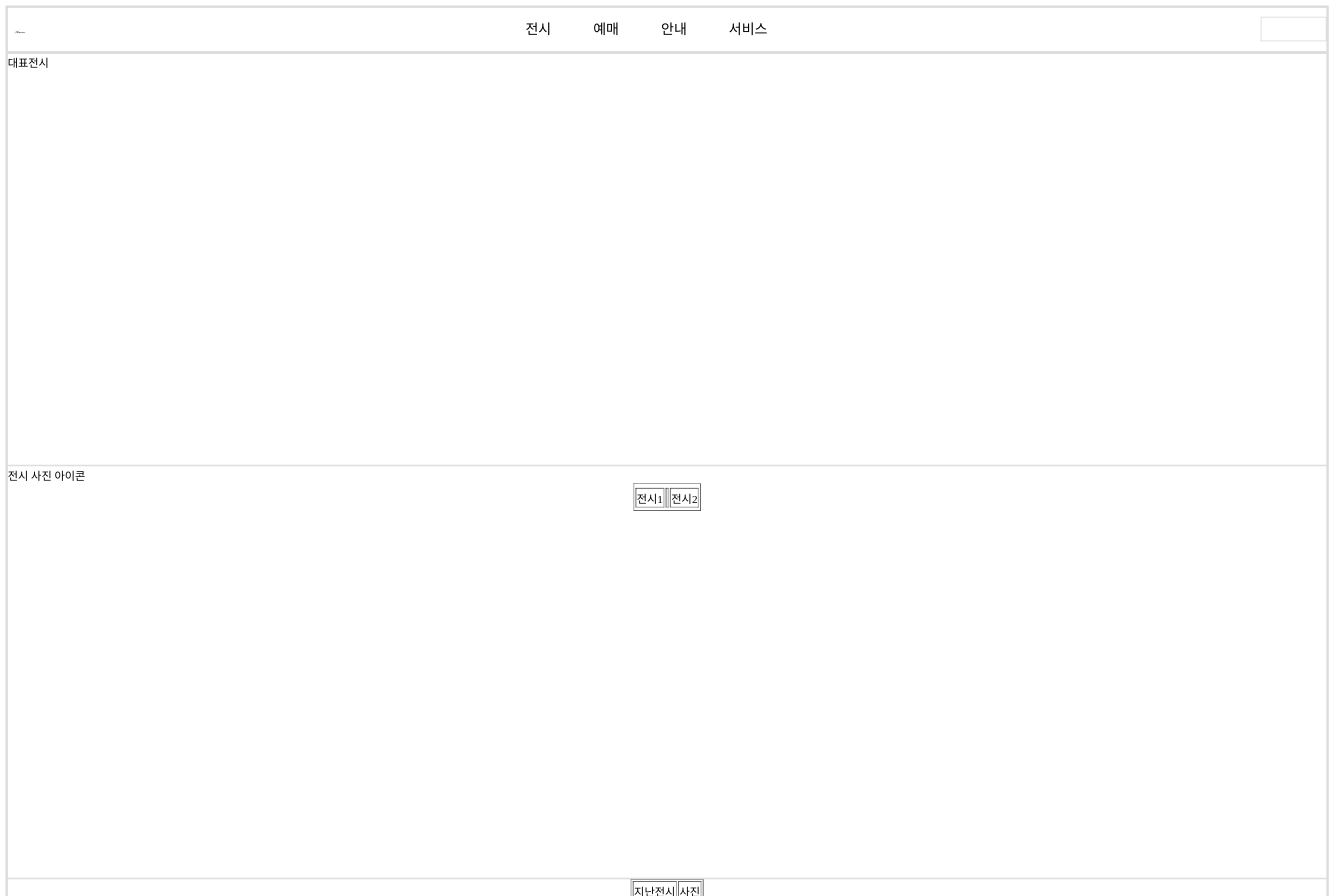
Repository: pshysd/SEMI_PROJECT
Page: http://localhost/JVArtCenter/
An editor plug-in stored every save of this project. The page is shown before and after the next save, followed by the edit.
The browser window is 1280 px wide. The page is 1898 px wide, so the pictures cover 1898 px, including what lies to the right of the window. The pictures show the part of the page from y = 0 to 1280 px (the page is 3296 px tall), at 70% of full size.
The page is served by Tomcat 9. Nobody is signed in. The application's start-up code is not run. Other server files are loaded and not shown.

Above is the page before, as saved 2022-10-21 10:57:17.

### JVArtCenter/WebContent/index.jsp
<%@ page language="java" contentType="text/html; charset=UTF-8"
    pageEncoding="UTF-8"%>
<%
	String contextPath = request.getContextPath();
%>
<!DOCTYPE html>
<html>
<head>
<meta charset="UTF-8">
<title>JV Art Center</title>
<style>
      .wrap {
        width: 1890px;
        height: 3280px;
      }

      div {
        border: 1px solid lightgray;
        box-sizing: border-box;
      }

      #header {
        height: 2%;
      }

      #body {
        margin: 0;
        font-family: "Nanum Gothic Coding", monospace;
      }

      a {
        text-decoration: none;
        color: black;
      }

      #search,
      #user,
      #calender {
        padding: 10px 12px;
      }

      #navbar {
        display: flex;
        justify-content: space-between;
        align-items: center;
        box-sizing: border-box;
        height: 100%;
      }

      #navbar_menu a {
        display: block;
        line-height: 35px;
      }

      #navbar_icons {
        font-size: 20px;
        display: flex;
        padding: 5px 10px;
      }

      #navbar_menu {
        display: flex;
        list-style: none;
        padding-left: 0;
        font-size: large;
        position: relative;
      }

      #navbar_menu > li {
        padding: 5px 30px;
        font-size: 20px;
        position: static;
      }

      #navbar_logo {
        list-style: none;
        display: flex;
        padding: 5px 10px;

        font-size: 20px;
      }

      /* 서브메뉴를 담당하는 ul 태그에 대한 스타일 */
      #navbar_menu > li > ul {
        list-style-type: none;
        padding: 0px;
        display: none; /* 평소에는 안보여주다가 마우스가 올라가는 순간 보여지게끔 */
        position: absolute;
      }

      /* 메인메뉴에 마우스가 올라가는 순간 서브메뉴가 펼쳐져서 보이게끔 */
      #navbar_menu > li > a:hover + ul {
        display: block; /* 메인메뉴에만 마우스가 올라갔을때만 유지됨 */
        background-color: beige;
      }

      /* 서브메뉴에도 마우스가 올라갈 때 펼쳐진게 유지될 수 있게끔 */
      #navbar_menu > li > ul:hover {
        display: block;
        background-color: beige;
      }

      /* 서브메뉴 글씨만 좀 더 작게 보이게끔 */
      #navbar_menu > li > ul a {
        font-size: 15px;
      }

      #navbar_menu > li > ul a:hover {
        font-size: 18px;
      }

      #content {
        height: 90%;
      }

      #main-content1,
      #main-content2,
      #main-content3,
      #main-content4,
      #main-content5 {
        height: 20%;
      }

      #footer {
        height: 8%;
        background-color: black;
        color: white;
      }

      #footer > p {
        padding: 10px;
        box-sizing: border-box;
      }

      #footer_etc {
        padding: 10px;
      }

      #footer_etc a {
        text-decoration: none;
        color: white;
      }
    </style>
</head>
<body>
    <div class="wrap">
      <div id="header">
        <!--헤더영역-->

        <div id="navbar">
          <ul id="navbar_logo">
            <li>
              <a href=""><img src="resources/image/logo.png" width="15px"></a>
            </li>
          </ul>

          <ul id="navbar_menu">
            <li>
              <a href="">전시</a>
              <ul>
                <li><a href="">현재전시</a></li>
                <li><a href="">지난전시</a></li>
                <li><a href="">오픈예정</a></li>
              </ul>
            </li>
            <li>
              <a href="<%= contextPath %>/step1.rsv">예매</a>
              <ul>
                <li><a href="">전시예매</a></li>
              </ul>
            </li>
            <li>
              <a href="">안내</a>
              <ul>
                <li><a href="">JV소개</a></li>
                <li><a href="">전시관 안내</a></li>
              </ul>
            </li>
            <li>
              <a href="">서비스</a>
              <ul>
                <li><a href="">공지사항</a></li>
                <li><a href="">FAQ</a></li>
                <li><a href="">1:1문의</a></li>
                <li><a href="">뉴스레터</a></li>
              </ul>
            </li>
          </ul>
          <div id="navbar_icons">
            <a href=""
              ><i id="search" class="fa-solid fa-magnifying-glass"></i
            ></a>
            <a href=""
              ><i id="calender" class="fa-regular fa-calendar-days"></i
            ></a>
            <a href=""><i id="user" class="fa-regular fa-user"></i></a>
          </div>
        </div>
      </div>

      <div id="content">
        <div id="main-content1">대표전시</div>

        <div id="main-content2">
          <table border="1" style="margin: auto">
            <tr id="table2">
              전시
            </tr>
            <tr></tr>
            <tr id="table3">
              사진
              <td>전시1</td>
              <td></td>
              <td>전시2</td>
            </tr>
            <tr table="table4">
              아이콘
            </tr>
          </table>
        </div>

        <div id="main-content3">
          <table border="1" style="margin: auto">
            <tr>
              <td>지난전시</td>
              <td>사진</td>
            </tr>
            <tr>
              <td>오픈예정</td>
              <td>사진</td>
            </tr>
          </table>
        </div>
        <div id="main-content4">
          <table border="1" style="margin: auto">
            <tr>
              <td colspan="3">뉴스레터</td>
            </tr>
            <tr>
              <td>사진</td>
              <td>왼쪽사진1</td>
              <td>왼쪽사진2</td>
            </tr>
            <tr>
              <td>제목</td>
              <td rowspan="2">사진3</td>
              <td rowspan="2">사진4</td>
            </tr>
            <tr>
              <td>내용</td>
            </tr>
          </table>
        </div>

        <div id="main-content5">
          <table border="1" style="margin: auto">
            <tr>
              <td>공간</td>
              <td>공지사항</td>
              <td>더보기</td>
            </tr>
            <tr>
              <td rowspan="2">공간내용</td>
              <td colspan="2">공지사항1</td>
            </tr>
            <tr>
              <td colspan="2">공지사항2</td>
            </tr>
            <tr>
              <td>더보기</td>
              <td colspan="2">공지사항3</td>
            </tr>
          </table>
        </div>
      </div>

      <div id="footer">
        <!--푸터-->
        <div id="footer_etc">
          <a href="">개인정보처리방침</a> |
          <a href="">이용약관</a>
        </div>
        <p>
            JV 아트센터<br />
            서울특별시 영등포구 선유동2로 57 이레빌딩(구관) 19F, 20F<br /><br />

            Tel 1544-9970<br />

            © 2022 KH Arts Center All right reserved.
        </p>
      </div>
    </div>
  </body>
</html>

After the next save:
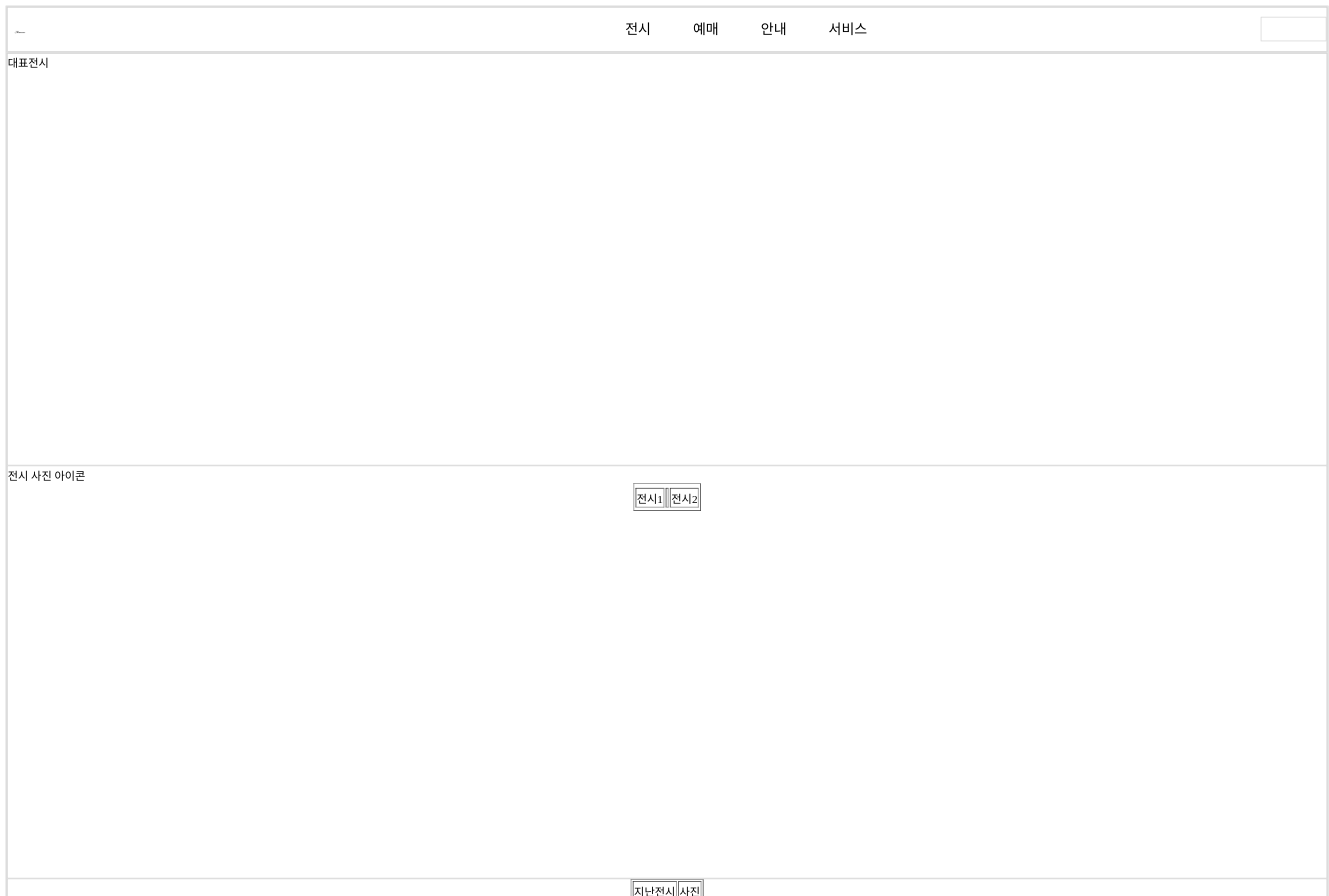
Saved 10 s later.
--- a/JVArtCenter/WebContent/index.jsp
+++ b/JVArtCenter/WebContent/index.jsp
@@ -150,7 +150,7 @@
         <div id="navbar">
           <ul id="navbar_logo">
             <li>
-              <a href=""><img src="resources/image/logo.png" width="15px"></a>
+              <a href=""><img src="resources/image/logo.png" width="5%"></a>
             </li>
           </ul>
 
